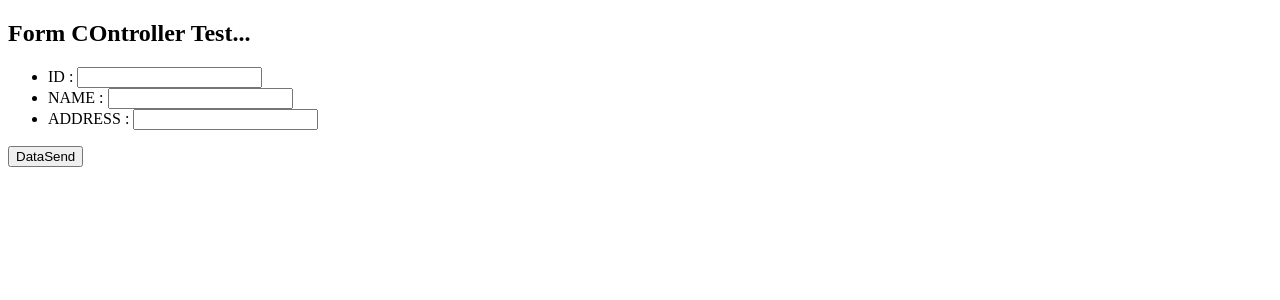
Repository: Niftrone/Framework
Page: work07_boot/boot03_Form/src/main/webapp/Form.html
The author's editor kept a copy of each file at every save. The page is drawn from the files as they stood at one save, then again after the next save.
The browser window is 1280 px wide. The pictures show the whole page.

Above is the page before, as saved 2025-07-14 01:32:20.

### work07_boot/boot03_Form/src/main/webapp/Form.html
<!DOCTYPE html>
<html>
<head>
<meta charset="UTF-8">
<title>Insert title here</title>
</head>
<body>
<h2>Form COntroller Test...</h2>
<form action="form" method="post">
	<ul>
		<li>ID : <input type="text" name="userId"/></li>
		<li>NAME : <input type="text" name="userName"/></li>
		<li>ADDRESS : <input type="text" name="userAddr"/></li>
	</ul>
	<p></p>
	<input type="submit" value="DataSend"/>
</form>
</body>
</html>

After the next save:
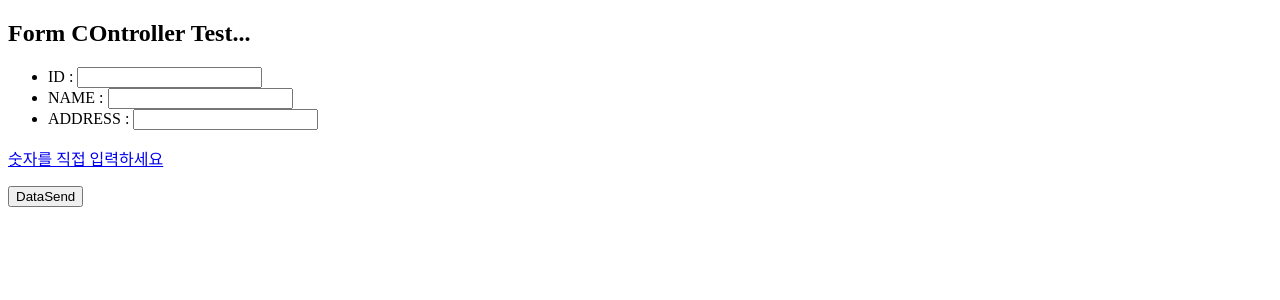
Saved 65 s later.
--- a/work07_boot/boot03_Form/src/main/webapp/Form.html
+++ b/work07_boot/boot03_Form/src/main/webapp/Form.html
@@ -12,7 +12,7 @@
 		<li>NAME : <input type="text" name="userName"/></li>
 		<li>ADDRESS : <input type="text" name="userAddr"/></li>
 	</ul>
-	<p></p>
+	<p><a href="form2">숫자를 직접 입력하세요</a></p>
 	<input type="submit" value="DataSend"/>
 </form>
 </body>
